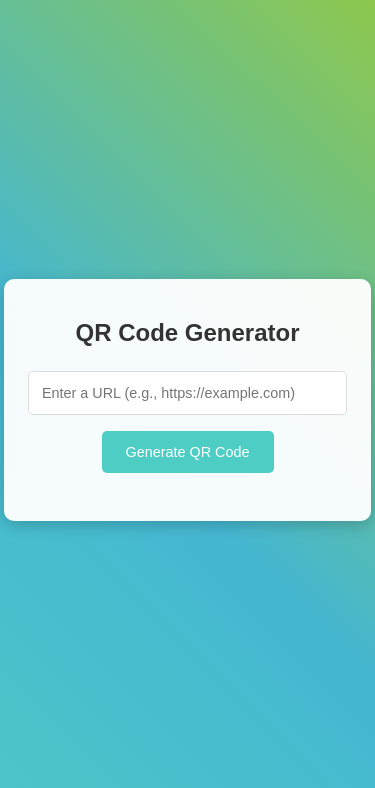
Repository: ferhadsultan98/qrCodeGenerate
Page: index.html
An editor plug-in stored every save of this project. The page is shown before and after the next save, followed by the edit.
The browser window is 375 px wide. The pictures show the whole page.

Above is the page before, as saved 2025-04-15 18:04:35.

### index.html
<!DOCTYPE html>
<html lang="en">
<head>
    <meta charset="UTF-8">
    <meta name="viewport" content="width=device-width, initial-scale=1.0">
    <title>QR Code Generator</title>
    <script src="https://cdnjs.cloudflare.com/ajax/libs/qrcodejs/1.0.0/qrcode.min.js"></script>
    <style>
        body {
            margin: 0;
            padding: 0;
            height: 100vh;
            display: flex;
            justify-content: center;
            align-items: center;
            font-family: Arial, sans-serif;
            background: linear-gradient(45deg, #ff6b6b, #4ecdc4, #45b7d1, #96c93d);
            background-size: 400%;
            animation: gradient 15s ease infinite;
        }

        @keyframes gradient {
            0% {
                background-position: 0% 50%;
            }
            50% {
                background-position: 100% 50%;
            }
            100% {
                background-position: 0% 50%;
            }
        }

        .container {
            background: rgba(255, 255, 255, 0.95);
            padding: 2rem;
            border-radius: 10px;
            box-shadow: 0 4px 15px rgba(0, 0, 0, 0.2);
            text-align: center;
            max-width: 90%;
            width: 400px;
        }

        h1 {
            font-size: 1.8rem;
            color: #333;
            margin-bottom: 1.5rem;
        }

        input {
            width: 100%;
            padding: 0.8rem;
            margin-bottom: 1rem;
            border: 1px solid #ddd;
            border-radius: 5px;
            font-size: 1rem;
            box-sizing: border-box;
        }

        button {
            background: #4ecdc4;
            color: white;
            border: none;
            padding: 0.8rem 1.5rem;
            border-radius: 5px;
            font-size: 1rem;
            cursor: pointer;
            transition: background 0.3s;
        }

        button:hover {
            background: #45b7d1;
        }

        #qrcode {
            margin-top: 1.5rem;
            display: flex;
            justify-content: center;
        }

        @media (max-width: 600px) {
            .container {
                padding: 1.5rem;
                width: 85%;
            }

            h1 {
                font-size: 1.5rem;
            }

            input, button {
                font-size: 0.9rem;
            }
        }
    </style>
</head>
<body>
    <div class="container">
        <h1>QR Code Generator</h1>
        <input type="text" id="linkInput" placeholder="Enter a URL (e.g., https://example.com)">
        <button onclick="generateQR()">Generate QR Code</button>
        <div id="qrcode"></div>
    </div>

    <script>
        function generateQR() {
            const link = document.getElementById('linkInput').value;
            const qrcodeContainer = document.getElementById('qrcode');
            qrcodeContainer.innerHTML = ''; // Clear previous QR code
            if (link) {
                new QRCode(qrcodeContainer, {
                    text: link,
                    width: 200,
                    height: 200,
                    colorDark: "#000000",
                    colorLight: "#ffffff",
                    correctLevel: QRCode.CorrectLevel.H
                });
            } else {
                alert('Please enter a valid URL');
            }
        }
    </script>
</body>
</html>

After the next save:
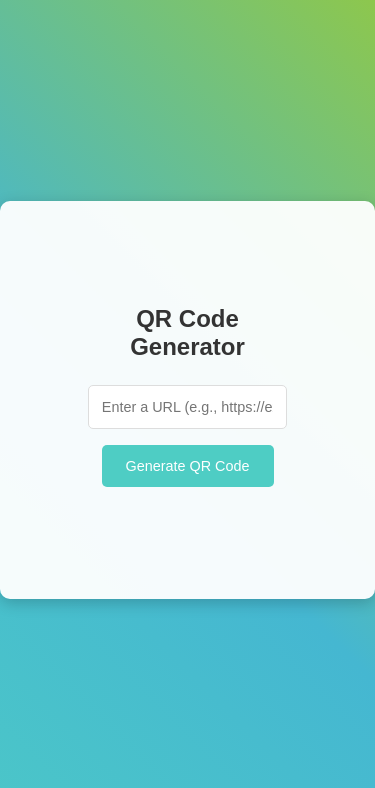
Saved 22 s later.
--- a/index.html
+++ b/index.html
@@ -80,7 +80,7 @@
 
         @media (max-width: 600px) {
             .container {
-                padding: 1.5rem;
+                padding: 5.5rem;
                 width: 85%;
             }
 

After the save that followed:
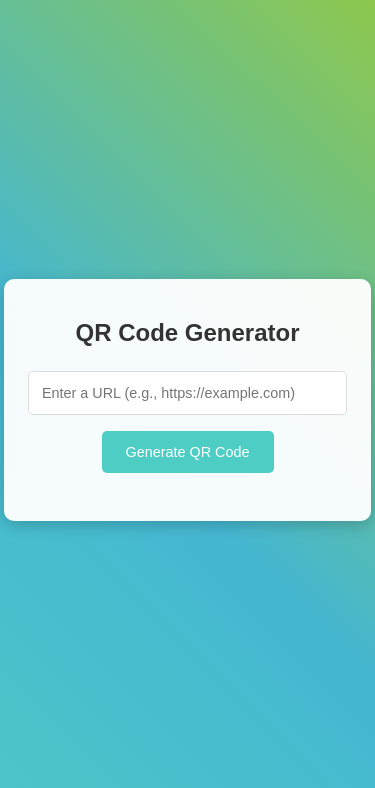
Saved 4 s later.
--- a/index.html
+++ b/index.html
@@ -80,7 +80,7 @@
 
         @media (max-width: 600px) {
             .container {
-                padding: 5.5rem;
+                padding: 1.5rem;
                 width: 85%;
             }
 
